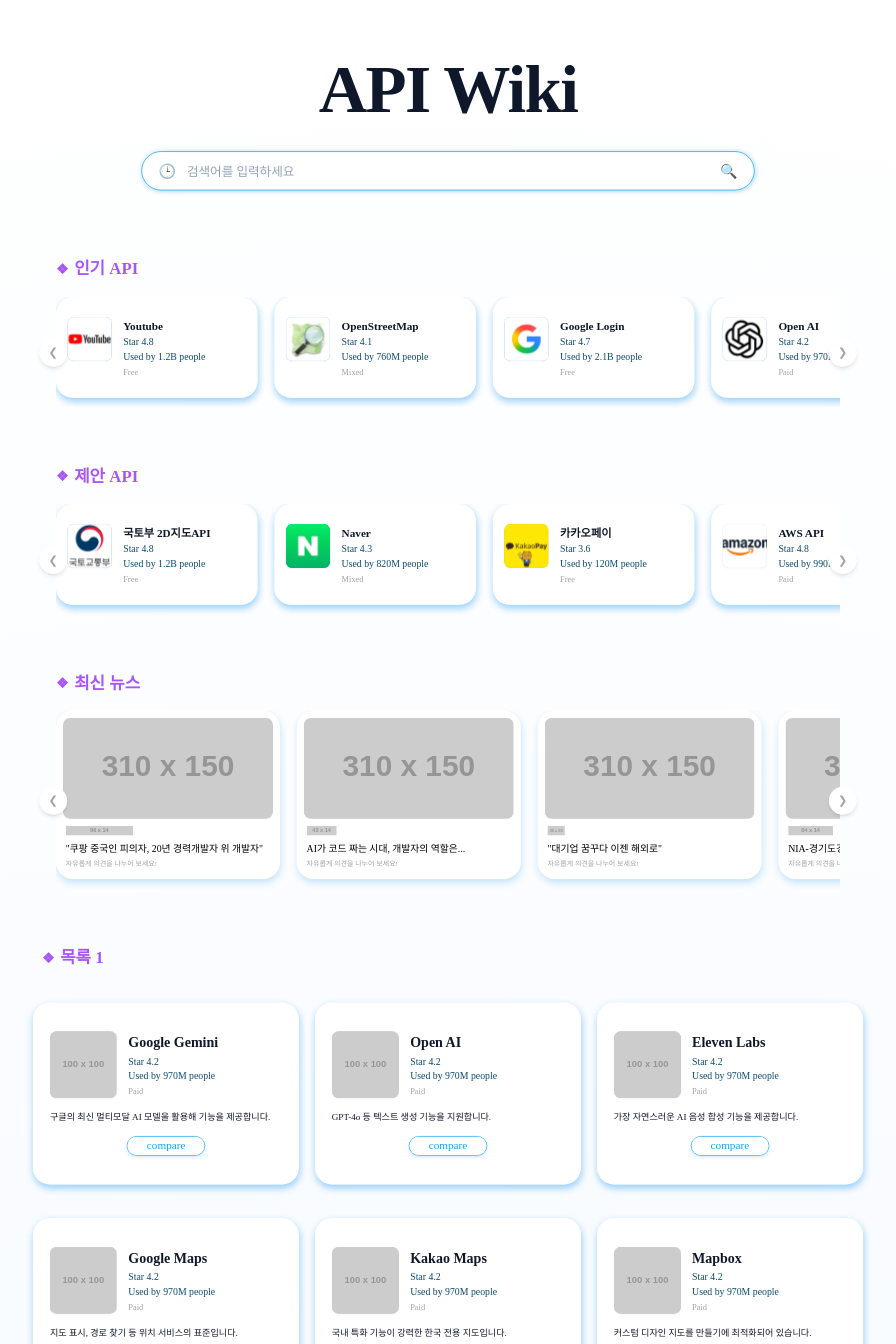
Repository: umc-apiwiki/FE_v1
Page: /
These files come from the project's save history. The page is drawn as it stood at one moment and after the next save; the edit follows.
The browser window is 1280 px wide. The pictures show the part of the page from y = 0 to 1920 px (the page is 8511 px tall), at 70% of full size.
The project was rebuilt for these pictures with package versions that can differ from the ones it lists, and the page was loaded fresh each time. Also part of the build but not shown: vite.config.ts.

Above is the page before, as saved 2026-01-17 20:38:38.

After the next save:
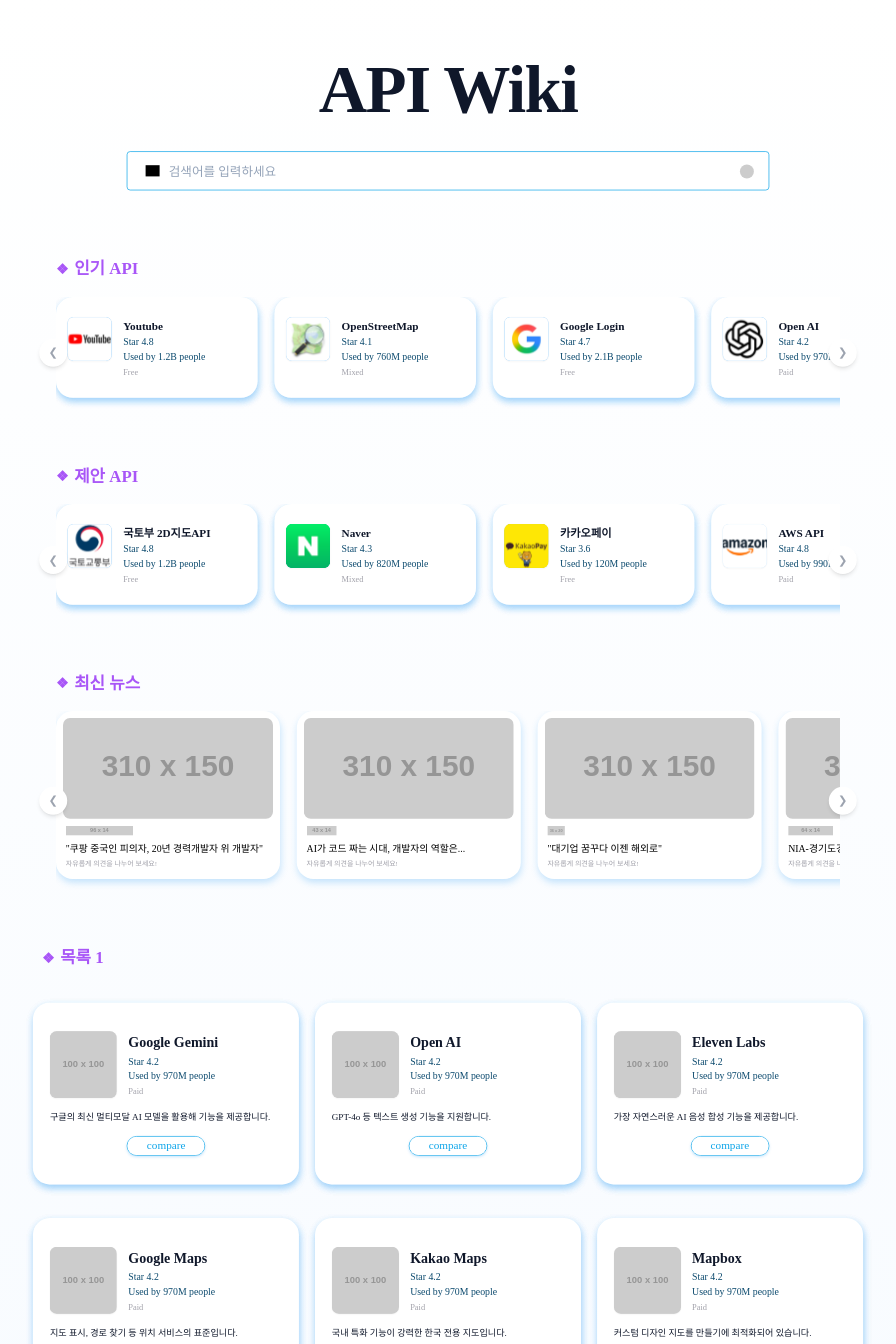
Saved 8 min 19 s later.
--- a/src/components/SearchBar.tsx
+++ b/src/components/SearchBar.tsx
@@ -4,7 +4,7 @@
   const [isOpen, setIsOpen] = useState(false);
   const containerRef = useRef<HTMLDivElement>(null);
 
-  // 검색어 예시 데이터 (필요하면 수정하세요)
+  // 보내주신 검색어 데이터 4개
   const recentSearches = [
     'AWS API',
     '네이버지도 API',
@@ -12,7 +12,7 @@
     '게임 앱 API',
   ];
 
-  // 외부 클릭 시 닫기
+  // 외부 클릭 시 닫기 기능
   useEffect(() => {
     function handleClickOutside(event: MouseEvent) {
       if (
@@ -31,65 +31,66 @@
   return (
     <div
       ref={containerRef}
-      // 보내주신 스타일 적용 완료 (w-[876px], 그림자, 둥글기 등)
+      // 1. 전체 컨테이너: Figma의 w-[918px] 반영
       className={`
-        relative mx-auto bg-white overflow-hidden transition-all duration-300 ease-in-out z-50
-        w-[876px] shadow-[1px_1px_5px_2px_rgba(33,150,243,0.25)] border-sky-500
+        relative mx-auto bg-white transition-all duration-300 ease-in-out z-50 overflow-hidden
+        w-[918px] border border-sky-500 box-border
         ${
           isOpen
-            ? 'h-[340px] rounded-[34px] border' // 열렸을 때 (높이 커짐)
-            : 'h-14 rounded-[34px] border' // 닫혔을 때 (높이 56px 고정)
+            ? 'h-[340px] rounded-[5px] shadow-lg' // 열렸을 때
+            : 'h-14 rounded-[5px]' // 닫혔을 때 (기본 높이)
         }
       `}
-      // ⚠️ 주의: border-[0.25px]는 너무 얇아서 안 보일 수 있어 'border'(1px)로 설정했습니다.
     >
-      {/* 1. 상단 입력창 영역 */}
-      <div className="h-14 w-full flex items-center px-6 relative shrink-0">
-        {/* [로고 아이콘 자리] - 아이콘 농부님 파일을 여기에 넣으세요 */}
-        <div className="mr-4 w-6 h-6 flex items-center justify-center">
-          {/* 예: <img src="/icons/search-logo.svg" alt="logo" /> */}
-          <span className="text-xl">🕒</span> {/* 임시 아이콘 */}
+      {/* 2. 상단 입력창 영역 (내부 w-[878px]로 중앙 정렬) */}
+      <div className="h-14 w-[878px] mx-auto flex items-center relative shrink-0">
+        {/* [로고 아이콘 자리] - Figma의 left-[26px] 위치 반영 */}
+        <div className="absolute left-[6px] top-[16px] w-6 h-6 overflow-hidden">
+          {/* 검은색 네모 (추후 아이콘으로 교체하세요) */}
+          <div className="w-5 h-4 bg-black absolute left-[1px] top-[3px]" />
         </div>
 
-        {/* 입력창 */}
+        {/* 입력창 - Figma의 left-[60px] 텍스트 위치 반영 */}
         <input
           type="text"
-          className="w-full h-full text-lg text-slate-900 font-medium placeholder:text-slate-400 outline-none bg-transparent"
+          className="w-full h-full pl-[40px] text-lg text-slate-900 font-medium font-['Pretendard_Variable'] placeholder:text-slate-400 outline-none bg-transparent"
           placeholder="검색어를 입력하세요"
           onFocus={() => setIsOpen(true)}
         />
 
-        {/* [돋보기 아이콘 자리] */}
-        <div className="absolute right-6 top-1/2 -translate-y-1/2 w-6 h-6 flex items-center justify-center cursor-pointer">
-          {/* 예: <SearchIcon /> */}
-          <span className="text-slate-400 text-xl">🔍</span> {/* 임시 아이콘 */}
+        {/* [돋보기 아이콘 자리] - 우측 끝 */}
+        <div className="absolute right-0 top-1/2 -translate-y-1/2 w-6 h-6 flex items-center justify-center cursor-pointer">
+          <div className="w-5 h-5 bg-black/20 rounded-full" />{' '}
+          {/* 임시 아이콘 */}
         </div>
       </div>
 
-      {/* 2. 하단 검색 기록 리스트 */}
+      {/* 3. 하단 검색 기록 리스트 (열렸을 때만 보임) */}
       <div
-        className={`px-4 pt-2 pb-4 flex flex-col gap-1 transition-opacity duration-300 ${
+        className={`w-[878px] mx-auto pt-2 pb-4 flex flex-col gap-1 transition-opacity duration-300 ${
           isOpen ? 'opacity-100' : 'opacity-0'
         }`}
       >
         {recentSearches.map((text, index) => (
           <div
             key={index}
-            className="group relative w-full h-14 flex items-center px-4 cursor-pointer transition-all duration-200
-            hover:bg-sky-500/10 hover:rounded-[20px]"
+            // 4. 리스트 아이템 스타일 (여기가 핵심!)
+            className="group relative w-full h-14 flex items-center cursor-pointer transition-all duration-200
+            hover:bg-sky-500/10 hover:rounded-tr-3xl hover:rounded-br-3xl"
           >
-            {/* 리스트 아이콘 자리 */}
-            <div className="mr-4 w-6 h-6 flex items-center justify-center">
-              <span className="text-slate-400 text-sm">🕒</span>
+            {/* 시계 아이콘 (왼쪽) */}
+            <div className="absolute left-[6px] w-6 h-6 overflow-hidden">
+              <div className="w-5 h-4 bg-black absolute left-[1px] top-[3px]" />
             </div>
 
-            <span className="text-slate-900 text-lg font-medium font-['Pretendard_Variable']">
+            {/* 텍스트 */}
+            <span className="absolute left-[40px] text-slate-900 text-lg font-medium font-['Pretendard_Variable']">
               {text}
             </span>
 
-            {/* 삭제(X) 버튼 자리 - 호버 시 표시 */}
-            <div className="absolute right-4 w-6 h-6 flex items-center justify-center opacity-0 group-hover:opacity-100 transition-opacity">
-              <span className="text-slate-400">✕</span>
+            {/* X 버튼 (오른쪽) - Hover 시에만 등장 */}
+            <div className="absolute right-[20px] w-6 h-6 overflow-hidden opacity-0 group-hover:opacity-100 transition-opacity">
+              <div className="w-5 h-5 bg-black absolute left-[2px] top-[2px]" />
             </div>
           </div>
         ))}
